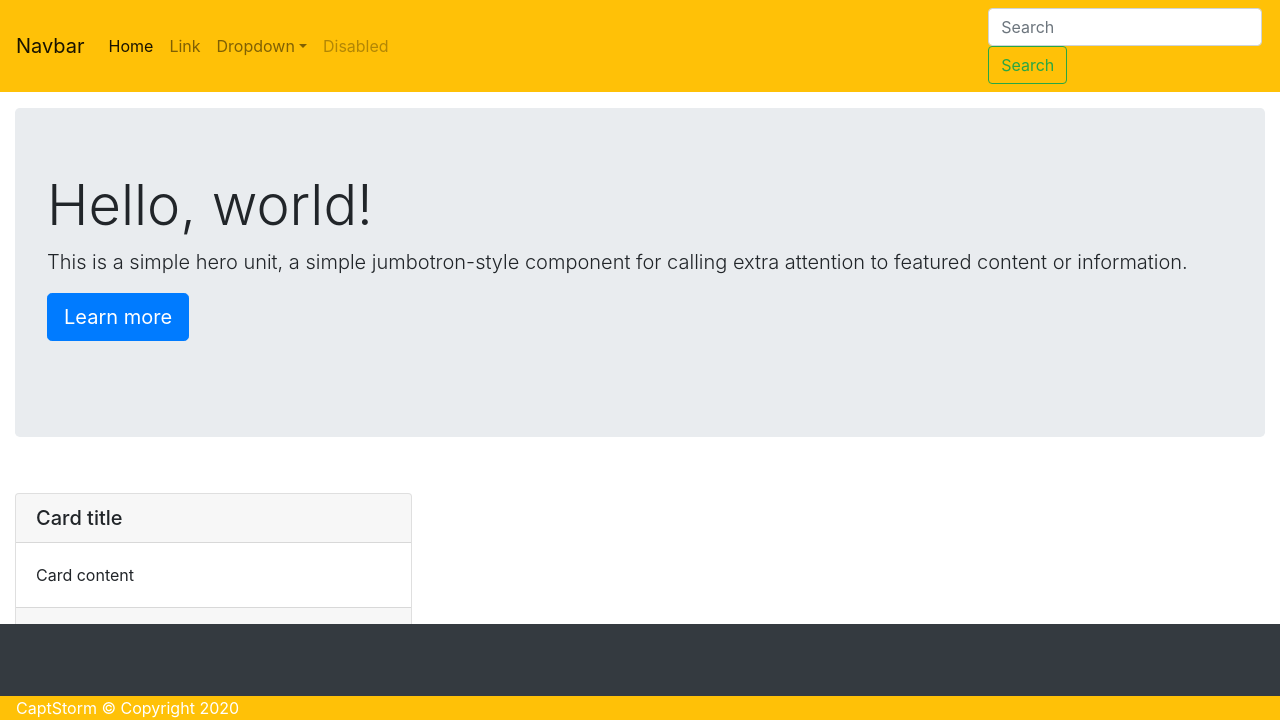
Repository: CaptainStorm21/complete-react16-bootstrap-passing-props
Page: /
An editor plug-in stored every save of this project. The page is shown before and after the next save, followed by the edit.
The browser window is 1280 px wide. The pictures show the whole page.
The project was rebuilt for these pictures with package versions that can differ from the ones it lists, and the page was loaded fresh each time.

Above is the page before, as saved 2020-04-23 14:18:30.

After the next save:
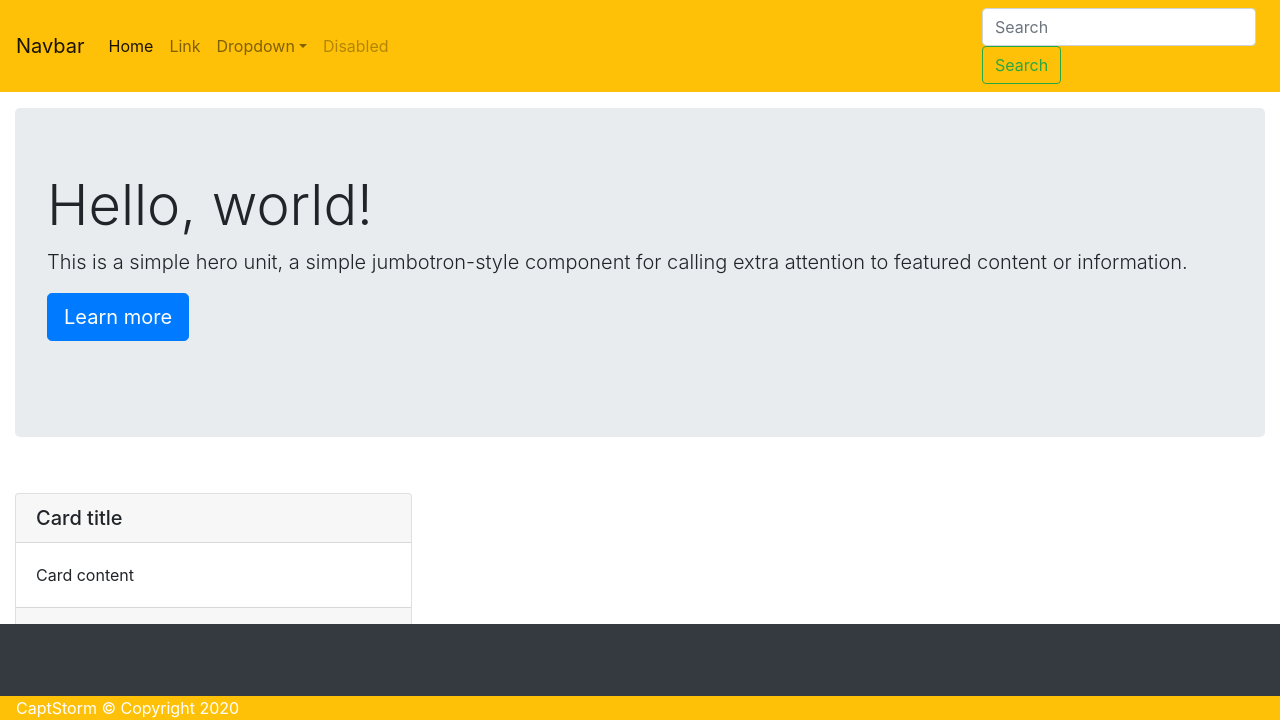
Saved 45 s later.
--- a/src/components/layout/Navbar.js
+++ b/src/components/layout/Navbar.js
@@ -32,7 +32,7 @@
               <a className="nav-link disabled" href="/">Disabled</a>
             </li>
           </ul>
-          <form className="form-inline my-2 my-lg-0 col-3 ">
+          <form className="form-inline my-2 my-lg-0 pull-right ">
             <input className="form-control mr-sm-2" type="search" placeholder="Search" aria-label="Search" />
             <button className="btn btn-outline-success my-2 my-sm-0" type="submit">Search</button>
           </form>

After the 5 saves that followed:
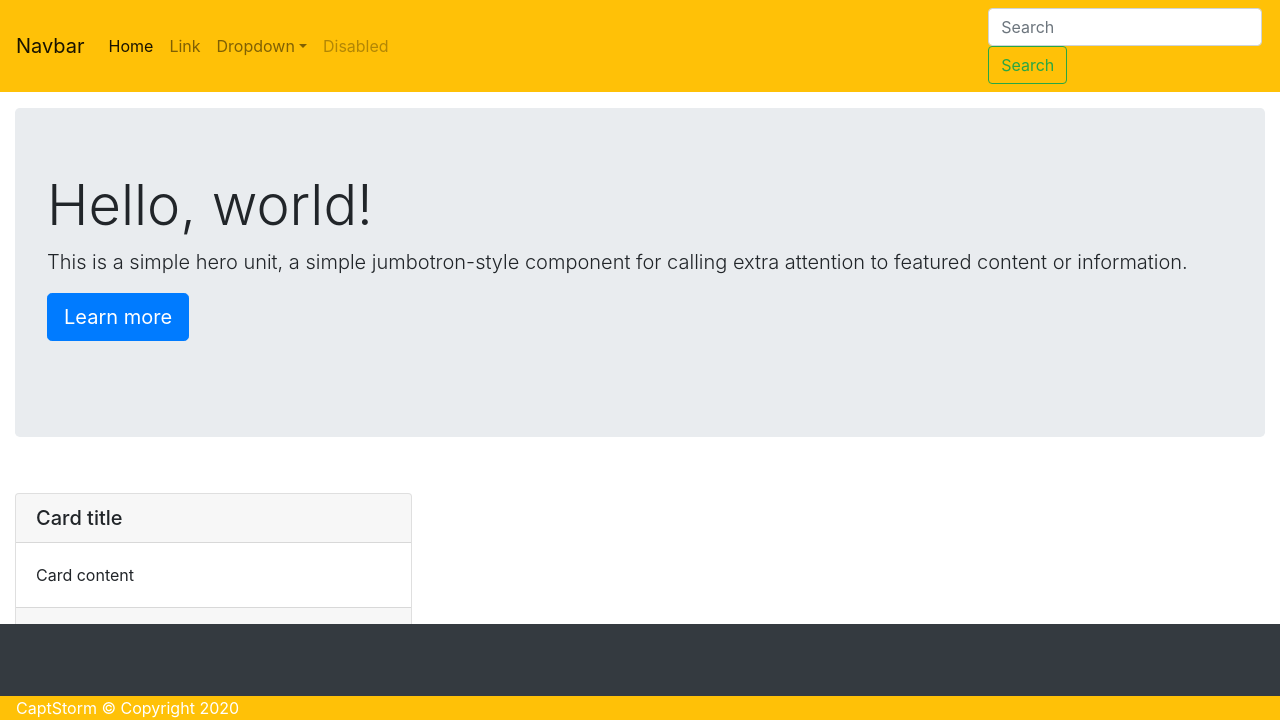
The 5 saves are shown as one change because 1 did not build or start and 1 left the picture as it was and some came seconds apart.
The last was saved 37 s later.
--- a/src/components/layout/Navbar.js
+++ b/src/components/layout/Navbar.js
@@ -32,10 +32,11 @@
               <a className="nav-link disabled" href="/">Disabled</a>
             </li>
           </ul>
+          <div className = "col-3">
           <form className="form-inline my-2 my-lg-0 pull-right ">
             <input className="form-control mr-sm-2" type="search" placeholder="Search" aria-label="Search" />
             <button className="btn btn-outline-success my-2 my-sm-0" type="submit">Search</button>
-          </form>
+          </form></div>
         </div>
   </>
 )
